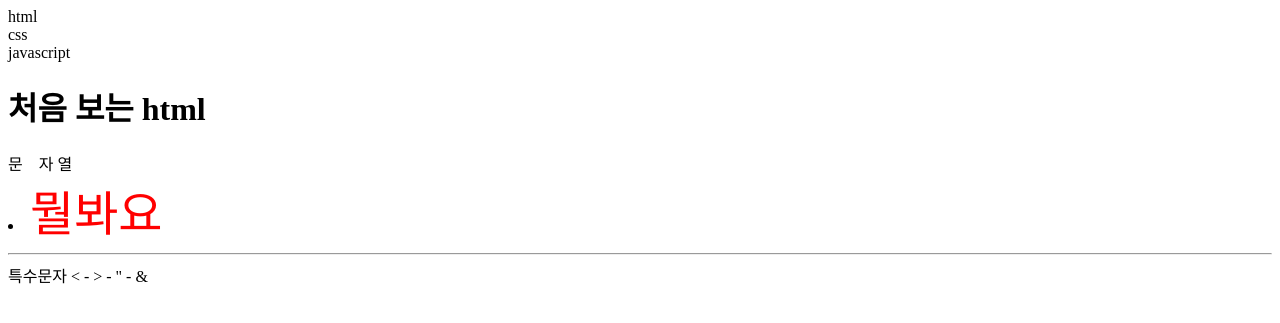
Repository: rightsecond3/java52
Page: workspace_script/dev_html/WebContent/html_day1/basicEl.html
The author's editor kept a copy of each file at every save. The page is drawn from the files as they stood at one save, then again after the next save.
The browser window is 1280 px wide. The pictures show the whole page.

Above is the page before, as saved 2019-06-04 03:38:37.

After the next save:
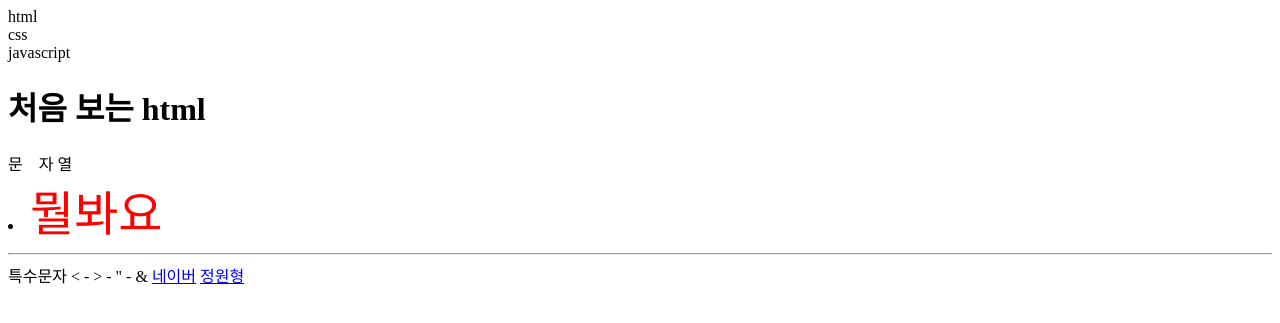
Saved 7 min 29 s later.
--- a/workspace_script/dev_html/WebContent/html_day1/basicEl.html
+++ b/workspace_script/dev_html/WebContent/html_day1/basicEl.html
@@ -25,5 +25,7 @@ javascript
 <hr>
 특수문자
 &lt; - &gt; - &quot; - &amp;
+<a href="http://www.naver.com">네이버</a>
+<a href="http://192.168.0.20:8000/dev_html/html_day1/basicEl.html">정원형</a>
 </body>
 </html>
